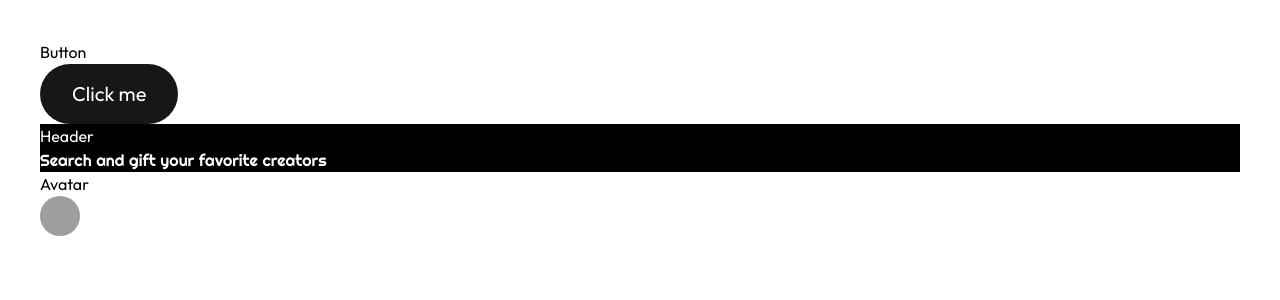
Repository: felixdusengimana/capstone-project-mirror
Page: /components (app in frontend/)
The author's editor kept a copy of each file at every save. The page is drawn from the files as they stood at one save, then again after the next save.
The browser window is 1280 px wide. The pictures show the whole page.
Pictures or frames that could not be fetched are drawn as grey boxes. The project was rebuilt for these pictures with package versions that can differ from the ones it lists, and the page was loaded fresh each time. The framework's server and built-in components were replaced by stand-ins that run in the browser. Also part of the build but not shown: frontend/next.config.mjs, frontend/components/atoms/Icon.tsx.

Above is the page before, as saved 2024-03-11 11:11:58.

### frontend/app/layout.tsx
import type { Metadata } from "next";
import { Righteous, Outfit } from "next/font/google";
import "./globals.css";

const outfit = Outfit({ subsets: ["latin"], variable: "--font-outfit" });
const righteous = Righteous({
  subsets: ["latin"],
  variable: "--font-righteous",
  weight: "400",
});

export const metadata: Metadata = {
  title: "Pesatone - Search and gift your favorite creators",
  description:
    "A place where fans show gratitude to the African content creators they love!",
};

export default function RootLayout({
  children,
}: Readonly<{
  children: React.ReactNode;
}>) {
  return (
    <html lang="en">
      <body className={`${outfit.variable} ${righteous.variable} font-sans`}>
        {children}
      </body>
    </html>
  );
}

### frontend/app/components/page.tsx
import Avatar from "@/components/atoms/Avatar";
import Button from "@/components/atoms/Button";
import Headline from "@/components/atoms/Headline";
import React from "react";

export default function page() {
  return (
    <div className="p-10">
      <div>
        <h1>Button</h1>
        <Button variant="secondary">Click me</Button>
      </div>
      <div className="bg-black">
        <h1 className="text-white">Header</h1>
        <Headline>Search and gift your favorite creators</Headline>
      </div>
      <div>
        <h1>Avatar</h1>
        <Avatar src="https://letsenhance.io/static/8f5e523ee6b2479e26ecc91b9c25261e/1015f/MainAfter.jpg" />
      </div>
    </div>
  );
}

### frontend/app/globals.css
@tailwind base;
@tailwind components;
@tailwind utilities;

:root {
  --bg: #171719;
  --bg-hover: #232326;
  --secondary-color: #17171A;
  --foreground-rgb: 0, 0, 0;
  --background-start-rgb: 214, 219, 220;
  --background-end-rgb: 255, 255, 255;
}

/* @media (prefers-color-scheme: dark) {
  :root {
    --foreground-rgb: 255, 255, 255;
    --background-start-rgb: 0, 0, 0;
    --background-end-rgb: 0, 0, 0;
  }
}

body {
  color: rgb(var(--foreground-rgb));
  background: linear-gradient(to bottom,
      transparent,
      rgb(var(--background-end-rgb))) rgb(var(--background-start-rgb));
}

@layer utilities {
  .text-balance {
    text-wrap: balance;
  }
} */

### frontend/components/atoms/Avatar.tsx
/* eslint-disable @next/next/no-img-element */
import { ComponentProps } from "react";
import Icon from "./Icon";

interface AvatarProps extends ComponentProps<"div"> {
  src: string;
  alt?: string;
  size?: "sm" | "md" | "lg" | "xl" | "2xl";
  circle?: boolean;
  bordered?: boolean;
  fallBackText?: string;
}
export default function Avatar({ ...props }: AvatarProps) {
  const {
    src,
    alt,
    size = "sm",
    circle = true,
    fallBackText,
    bordered,
    ...rest
  } = props;

  const sizeClasses = {
    sm: "w-10 h-10",
    md: "w-12 h-12",
    lg: "w-16 h-16",
    xl: "w-[150px] h-[150px]",
    "2xl": "w-[202px] h-[202px]",
  };

  return (
    <div
      {...rest}
      className={`bg-gray-100 ${circle ? "rounded-full" : "rounded"} ${
        bordered ? "border-2 border-white" : ""
      } ${sizeClasses[size]} ${
        rest.className
      } flex items-center justify-center overflow-hidden`}
    >
      {src ? (
        <img
          src={src}
          alt={alt}
          className={`w-full ${sizeClasses[size]} object-cover`}
        />
      ) : fallBackText ? (
        fallBackText
      ) : (
        <Icon name="user" />
      )}
    </div>
  );
}

### frontend/components/atoms/Button.tsx
import { ComponentProps } from "react";

interface ButtonProps extends ComponentProps<"button"> {
  variant?: "dark" | "white" | "blurred" | "secondary";
  size?: "sm" | "md" | "lg";
  bordered?: boolean;
}

export default function Button({ ...props }: ButtonProps) {
  const { variant = "dark", size = "md", bordered = false } = props;

  const variantClasses = {
    dark: "bg-black text-white",
    white: "bg-white text-black",
    secondary: "bg-secondary text-white",
    blurred: "bg-blurred text-white",
  };

  const sizeClasses = {
    sm: "px-2 py-1",
    md: "px-8 py-4",
    lg: "px-6 py-3",
  };

  const borderClasses = bordered ? "border border-black" : "";

  return (
    <button
      {...props}
      className={`text-xl font-normal rounded-full ${variantClasses[variant]} ${sizeClasses[size]} ${borderClasses} ${props.className}`}
    >
      {props.children}
    </button>
  );
}

### frontend/components/atoms/Headline.tsx
import { ComponentProps } from "react";

interface HeadlineProps extends ComponentProps<"h1"> {}

export default function Headline({ ...props }: HeadlineProps) {
  return (
    <div className={`font-mono text-white ${props.className}`}>
      {props.children}
    </div>
  );
}

### frontend/tailwind.config.ts
import type { Config } from "tailwindcss";

const config: Config = {
  content: [
    "./pages/**/*.{js,ts,jsx,tsx,mdx}",
    "./components/**/*.{js,ts,jsx,tsx,mdx}",
    "./app/**/*.{js,ts,jsx,tsx,mdx}",
  ],
  theme: {
    extend: {
      // backgroundImage: {
      //   "gradient-radial": "radial-gradient(var(--tw-gradient-stops))",
      //   "gradient-conic":
      //     "conic-gradient(from 180deg at 50% 50%, var(--tw-gradient-stops))",
      // },
      fontFamily: {
        sans: ["var(--font-outfit)"],
        mono: ["var(--font-righteous)"],
      },
      colors: {
        secondary: "var(--secondary-color)",
      },
    },
  },
  plugins: [],
};
export default config;

After the next save:
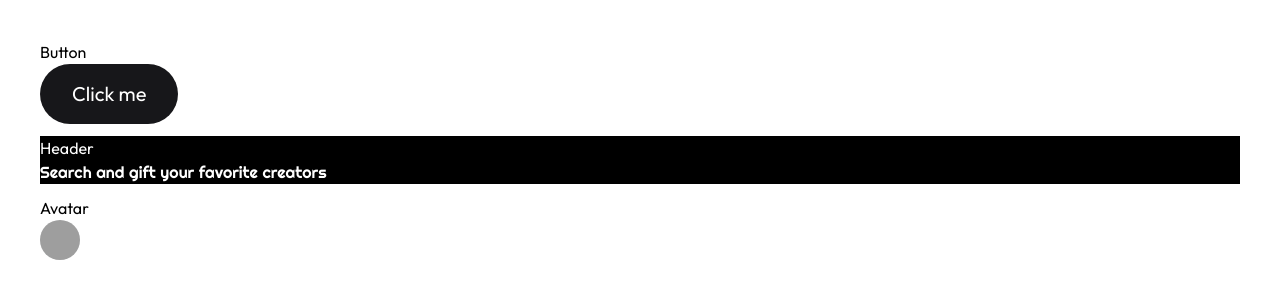
Saved 20 s later.
--- a/frontend/app/components/page.tsx
+++ b/frontend/app/components/page.tsx
@@ -5,7 +5,7 @@ import React from "react";
 
 export default function page() {
   return (
-    <div className="p-10">
+    <div className="p-10 flex flex-col gap-3">
       <div>
         <h1>Button</h1>
         <Button variant="secondary">Click me</Button>
@@ -18,6 +18,7 @@ export default function page() {
         <h1>Avatar</h1>
         <Avatar src="https://letsenhance.io/static/8f5e523ee6b2479e26ecc91b9c25261e/1015f/MainAfter.jpg" />
       </div>
+      <div></div>
     </div>
   );
 }
